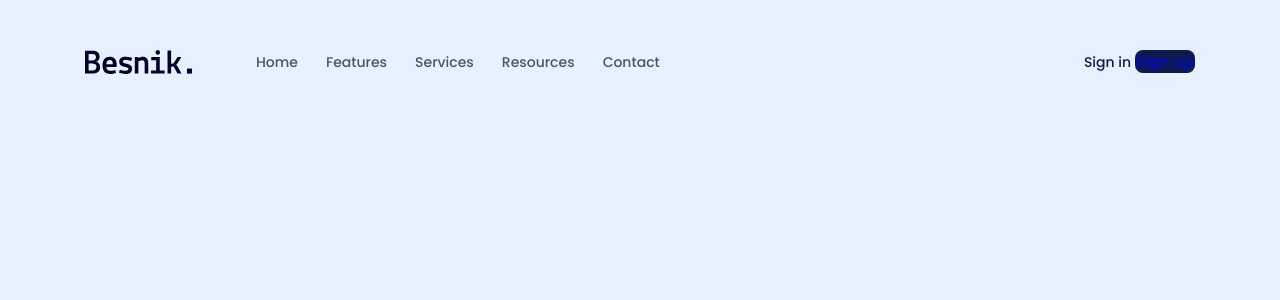
Repository: trungnguyen131/froject-01
Page: index.html
The author's editor kept a copy of each file at every save. The page is drawn from the files as they stood at one save, then again after a run of saves.
The browser window is 1280 px wide. The pictures show the whole page.

Above is the page before, as saved 2024-02-24 11:25:24.

### index.html
<!DOCTYPE html>
<html lang="en">
<head>
    <meta charset="UTF-8">
    <meta name="viewport" content="width=device-width, initial-scale=1.0">
    <title>Project 01</title>
    <link rel="stylesheet" href="./assets/css/reset.css">
    <link rel="stylesheet" href="./assets/fonts/stylesheet.css">
    <link rel="stylesheet" href="./assets/css/style.css">
</head>
<body>
    <main>
        <!-- Header -->
        <header class="header">
            <div class="content">
                <nav class="navbar">
                    <!-- Logo -->
                    <img src="./assets/img/logo.svg" alt="Besnik.">
                    <!-- Navigation -->
                    <ul>
                        <li><a href="#!">Home</a></li>
                        <li><a href="#!">Features</a></li>
                        <li><a href="#!">Services</a></li>
                        <li><a href="#!">Resources</a></li>
                        <li><a href="#!">Contact</a></li>
                    </ul>
                    <!-- Action -->
                    <div class="actions">
                        <a href="#!" class="action-link">Sign in</a>
                        <a href="#!" class="btn">Sign up</a>
                    </div>
                </nav>
            </div>
        </header>
    </main>
</body>
</html>

### assets/fonts/stylesheet.css
/* ========================= Poppins =========================  */
@font-face {
    font-family: 'Poppins';
    src: url('Poppins/Poppins-SemiBold.woff2') format('woff2'),
        url('Poppins/Poppins-SemiBold.woff') format('woff');
    font-weight: 600;
    font-style: normal;
    font-display: swap;
}

@font-face {
    font-family: 'Poppins';
    src: url('Poppins/Poppins-Regular.woff2') format('woff2'),
        url('Poppins/Poppins-Regular.woff') format('woff');
    font-weight: normal;
    font-style: normal;
    font-display: swap;
}

@font-face {
    font-family: 'Poppins';
    src: url('Poppins/Poppins-MediumItalic.woff2') format('woff2'),
        url('Poppins/Poppins-MediumItalic.woff') format('woff');
    font-weight: 500;
    font-style: italic;
    font-display: swap;
}

@font-face {
    font-family: 'Poppins';
    src: url('Poppins/Poppins-Thin.woff2') format('woff2'),
        url('Poppins/Poppins-Thin.woff') format('woff');
    font-weight: 100;
    font-style: normal;
    font-display: swap;
}

@font-face {
    font-family: 'Poppins';
    src: url('Poppins/Poppins-ThinItalic.woff2') format('woff2'),
        url('Poppins/Poppins-ThinItalic.woff') format('woff');
    font-weight: 100;
    font-style: italic;
    font-display: swap;
}

@font-face {
    font-family: 'Poppins';
    src: url('Poppins/Poppins-Black.woff2') format('woff2'),
        url('Poppins/Poppins-Black.woff') format('woff');
    font-weight: 900;
    font-style: normal;
    font-display: swap;
}

@font-face {
    font-family: 'Poppins';
    src: url('Poppins/Poppins-Bold.woff2') format('woff2'),
        url('Poppins/Poppins-Bold.woff') format('woff');
    font-weight: bold;
    font-style: normal;
    font-display: swap;
}

@font-face {
    font-family: 'Poppins';
    src: url('Poppins/Poppins-SemiBoldItalic.woff2') format('woff2'),
        url('Poppins/Poppins-SemiBoldItalic.woff') format('woff');
    font-weight: 600;
    font-style: italic;
    font-display: swap;
}

@font-face {
    font-family: 'Poppins';
    src: url('Poppins/Poppins-BlackItalic.woff2') format('woff2'),
        url('Poppins/Poppins-BlackItalic.woff') format('woff');
    font-weight: 900;
    font-style: italic;
    font-display: swap;
}

@font-face {
    font-family: 'Poppins';
    src: url('Poppins/Poppins-ExtraBoldItalic.woff2') format('woff2'),
        url('Poppins/Poppins-ExtraBoldItalic.woff') format('woff');
    font-weight: bold;
    font-style: italic;
    font-display: swap;
}

@font-face {
    font-family: 'Poppins';
    src: url('Poppins/Poppins-ExtraBold.woff2') format('woff2'),
        url('Poppins/Poppins-ExtraBold.woff') format('woff');
    font-weight: bold;
    font-style: normal;
    font-display: swap;
}

@font-face {
    font-family: 'Poppins';
    src: url('Poppins/Poppins-ExtraLightItalic.woff2') format('woff2'),
        url('Poppins/Poppins-ExtraLightItalic.woff') format('woff');
    font-weight: 200;
    font-style: italic;
    font-display: swap;
}

@font-face {
    font-family: 'Poppins';
    src: url('Poppins/Poppins-ExtraLight.woff2') format('woff2'),
        url('Poppins/Poppins-ExtraLight.woff') format('woff');
    font-weight: 200;
    font-style: normal;
    font-display: swap;
}

@font-face {
    font-family: 'Poppins';
    src: url('Poppins/Poppins-BoldItalic.woff2') format('woff2'),
        url('Poppins/Poppins-BoldItalic.woff') format('woff');
    font-weight: bold;
    font-style: italic;
    font-display: swap;
}

@font-face {
    font-family: 'Poppins';
    src: url('Poppins/Poppins-Italic.woff2') format('woff2'),
        url('Poppins/Poppins-Italic.woff') format('woff');
    font-weight: normal;
    font-style: italic;
    font-display: swap;
}

@font-face {
    font-family: 'Poppins';
    src: url('Poppins/Poppins-Medium.woff2') format('woff2'),
        url('Poppins/Poppins-Medium.woff') format('woff');
    font-weight: 500;
    font-style: normal;
    font-display: swap;
}

@font-face {
    font-family: 'Poppins';
    src: url('Poppins/Poppins-LightItalic.woff2') format('woff2'),
        url('Poppins/Poppins-LightItalic.woff') format('woff');
    font-weight: 300;
    font-style: italic;
    font-display: swap;
}

@font-face {
    font-family: 'Poppins';
    src: url('Poppins/Poppins-Light.woff2') format('woff2'),
        url('Poppins/Poppins-Light.woff') format('woff');
    font-weight: 300;
    font-style: normal;
    font-display: swap;
}

### assets/css/style.css
* {
    box-sizing: border-box;
}

html {
    font-size: 62.5%;;
}

body {
    font-size: 1.6rem;
    font-family: 'Poppins', sans-serif;
}

/* Common */
a {
    text-decoration: none;
}
.content {
    width: 1110px;
    margin-left: auto;
    margin-right:auto;
}
.btn {
    min-width: 98px;
    background-color: #0f1b4c;
    border-radius: 8px;
}
/* Header */
.header {
    height: 100vh;
    background: #E6F0FF;
}

.navbar {
    display: flex;
    align-items: center;
    padding-top: 50px;
}

.navbar ul {
    display: flex;
    margin-left: 50px;
}

.navbar .actions {
    margin-left: auto;
}

.navbar ul a {
    font-size: 1.4rem;
    font-weight: 500;
    color: #4F5361;
    padding: 8px 14px;
}

.navbar .action-link {
    font-size: 14px;
    font-weight: 500;
    color: #0F1B4C;
}

Loaded but not shown: assets/css/reset.css (common file)

After the next 3 saves:
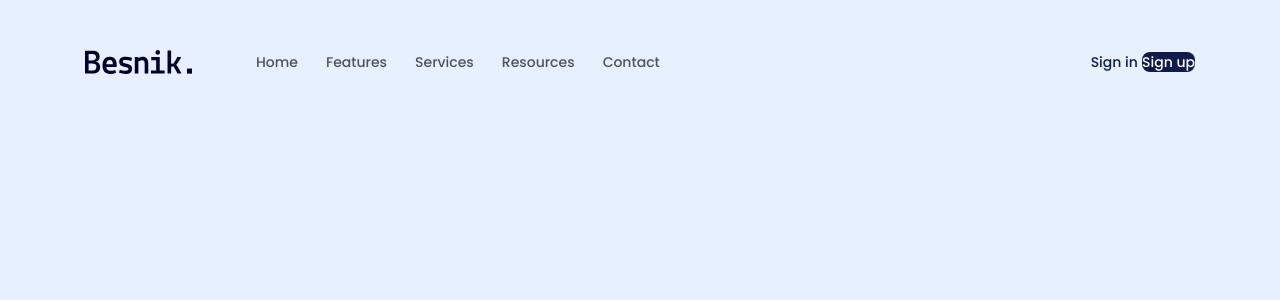
The 3 saves are shown as one change because they came seconds apart.
The last was saved 5 min 59 s later.
--- a/assets/css/style.css
+++ b/assets/css/style.css
@@ -24,6 +24,13 @@ a {
     min-width: 98px;
     background-color: #0f1b4c;
     border-radius: 8px;
+    color: #FFF;
+    text-align: center;
+    font-family: Poppins;
+    font-size: 14px;
+    font-style: normal;
+    font-weight: 500;
+    line-height: normal;
 }
 /* Header */
 .header {
